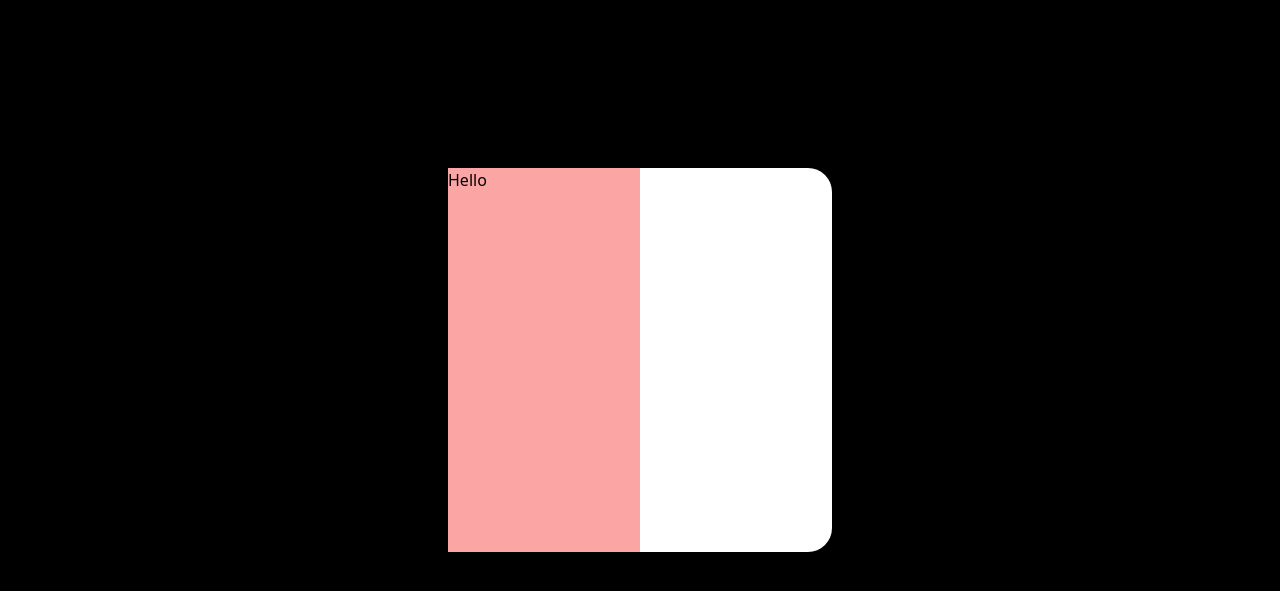
Repository: BerlinWebDev/FrontendMaster_PreviewMentor
Page: /
An editor plug-in stored every save of this project. The page is shown before and after the next save, followed by the edit.
The browser window is 1280 px wide. The pictures show the whole page.
The project was rebuilt for these pictures with package versions that can differ from the ones it lists, and the page was loaded fresh each time.

Above is the page before, as saved 2023-11-11 01:12:57.

### src/App.js
function App() {
  return (
    <>
      <header>
        <title>Challenge</title>
        <meta name="description" content="Challenge" />
        <link rel="icon" href="/favicon.ico" />
      </header>
      <main className="flex min-h-screen flex-col items-center justify-center bg-black">
        <div className="flex h-96 w-96 rounded-3xl bg-white">
          <aside className="w-1/2 bg-red-300">Hello</aside>
        </div>
      </main>
    </>
  );
}

export default App;

Loaded but not shown: public/index.html (common file); src/index.js (common file); src/index.css (common file); tailwind.config.js (common file)

After the next save:
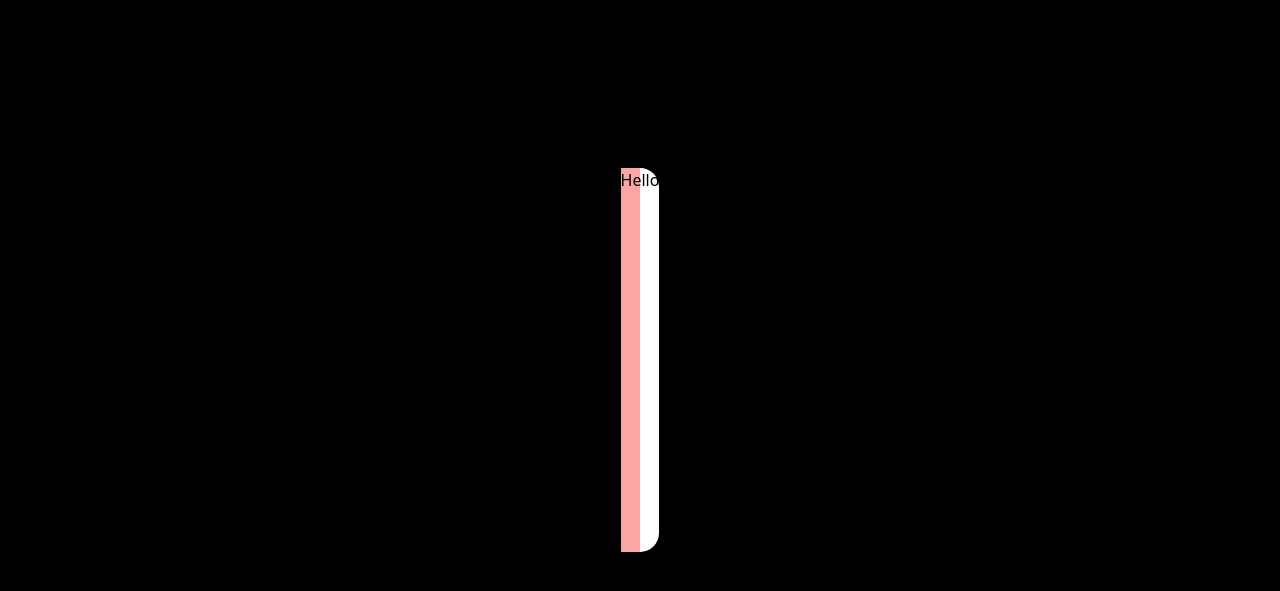
Saved 42 s later.
--- a/src/App.js
+++ b/src/App.js
@@ -7,7 +7,7 @@
         <link rel="icon" href="/favicon.ico" />
       </header>
       <main className="flex min-h-screen flex-col items-center justify-center bg-black">
-        <div className="flex h-96 w-96 rounded-3xl bg-white">
+        <div className="flex h-96 w-200 rounded-3xl bg-white">
           <aside className="w-1/2 bg-red-300">Hello</aside>
         </div>
       </main>

After the save that followed:
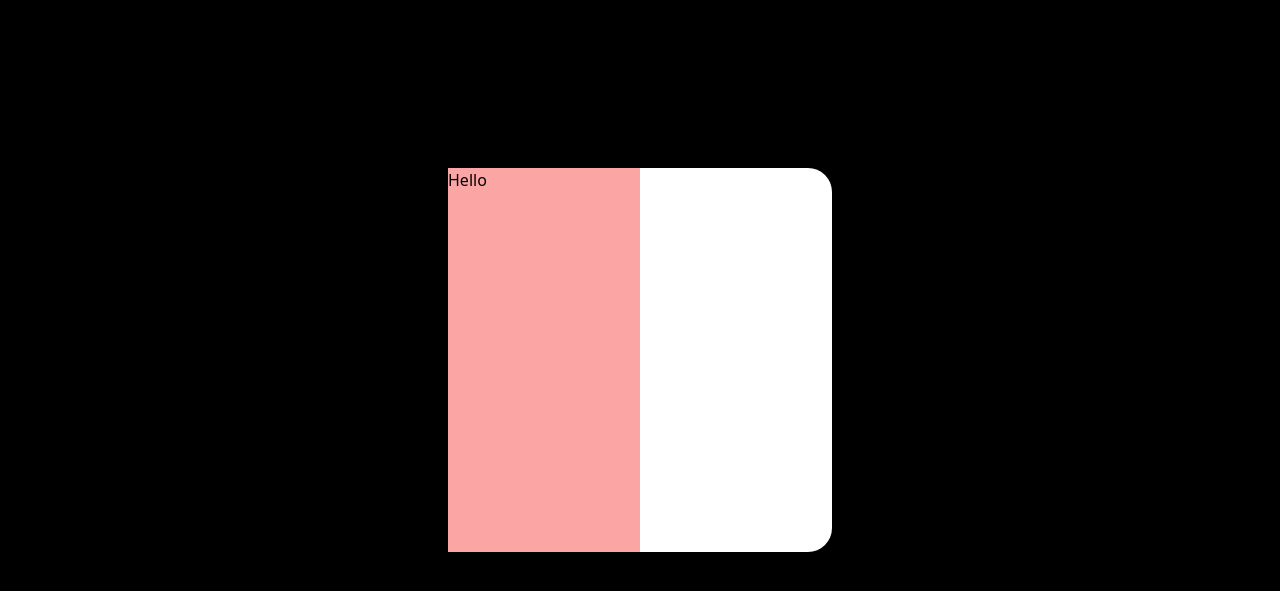
Saved 5 s later.
--- a/src/App.js
+++ b/src/App.js
@@ -7,7 +7,7 @@
         <link rel="icon" href="/favicon.ico" />
       </header>
       <main className="flex min-h-screen flex-col items-center justify-center bg-black">
-        <div className="flex h-96 w-200 rounded-3xl bg-white">
+        <div className="flex h-96 w-96 rounded-3xl bg-white">
           <aside className="w-1/2 bg-red-300">Hello</aside>
         </div>
       </main>
